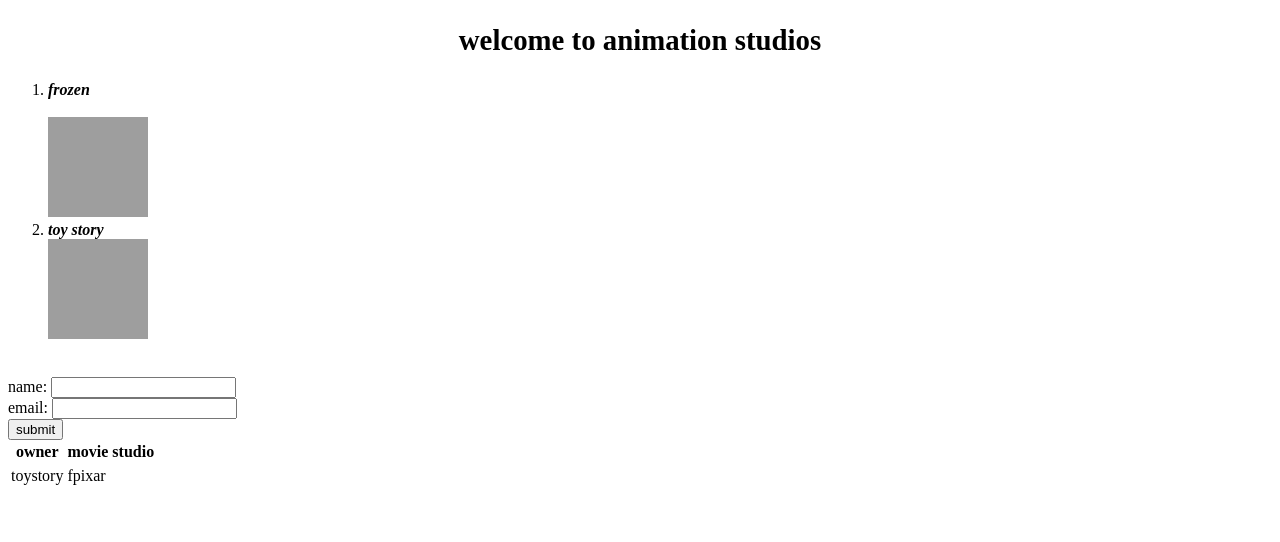
Repository: Rock-ass/New-folder--2-
Page: index.html
These files come from the project's save history. The page is drawn as it stood at one moment and after the next save; the edit follows.
The browser window is 1280 px wide. The pictures show the whole page.
Pictures or frames that could not be fetched are drawn as grey boxes.

Above is the page before, as saved 2021-12-24 21:41:03.

After the next save:
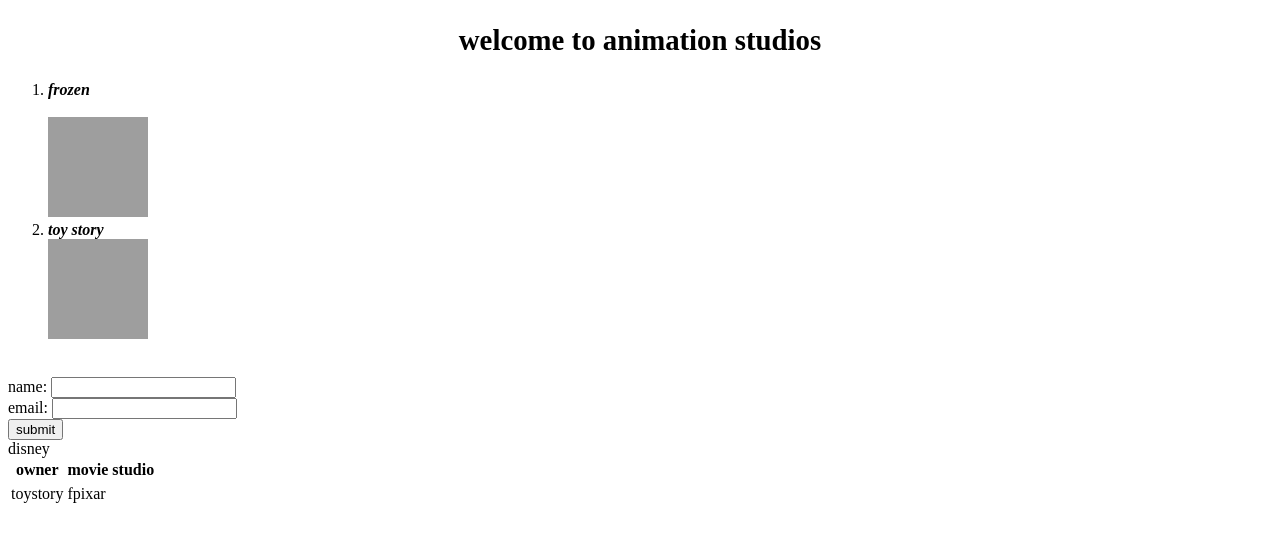
Saved 4 s later.
--- a/index.html
+++ b/index.html
@@ -81,7 +81,7 @@
 
 <tr>
 
-
+    disney
 </tr>
 </tr>
 <tr>
